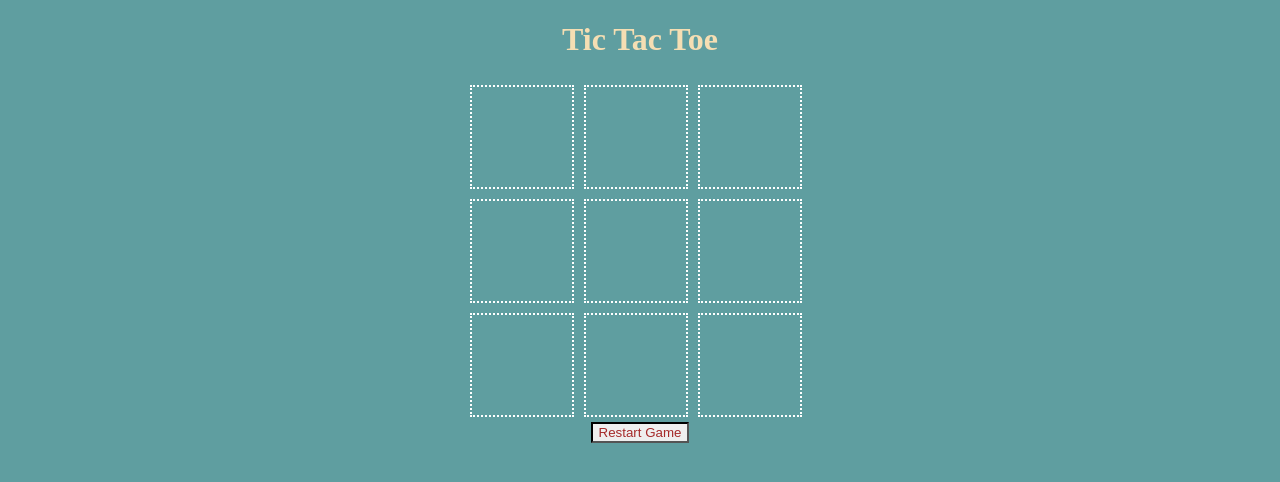
Repository: Hasmik-icml/Tic-Tac-Toe
Page: index.html
The author's editor kept a copy of each file at every save. The page is drawn from the files as they stood at one save, then again after a run of saves.
The browser window is 1280 px wide. The pictures show the whole page.
The pointer rests on the first visible `.restart`.

Above is the page before, as saved 2022-02-03 00:53:02.

After the next 2 saves:
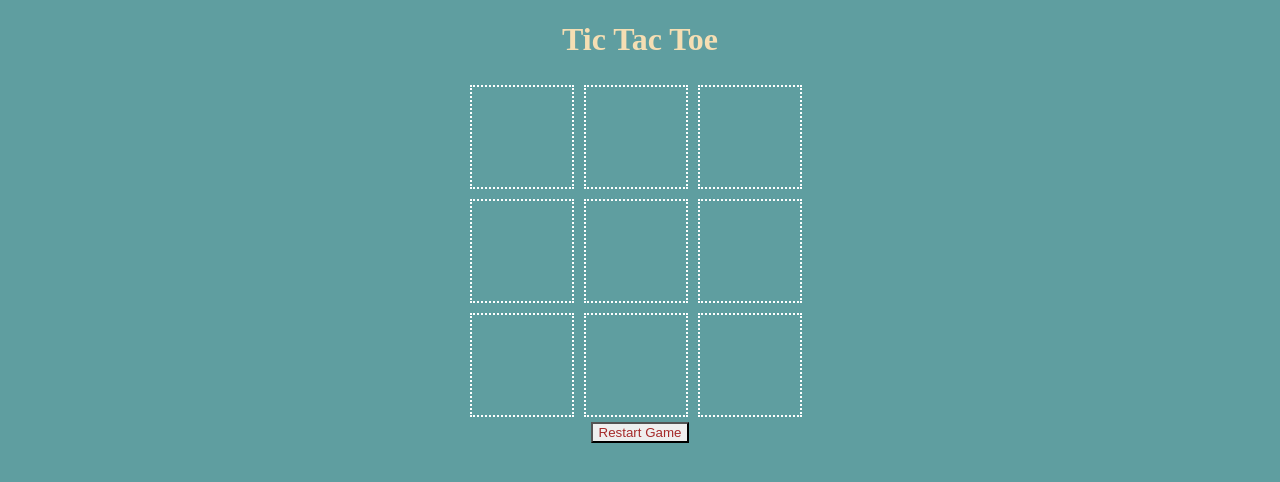
The 2 saves are shown as one change because they came seconds apart.
The last was saved 61 s later.
--- a/style.css
+++ b/style.css
@@ -39,6 +39,6 @@ h1 {
   border-style: outset;
   color: brown;
 }
-.restart:hover {
+.restart:active {
   border-style: inset;
 }
